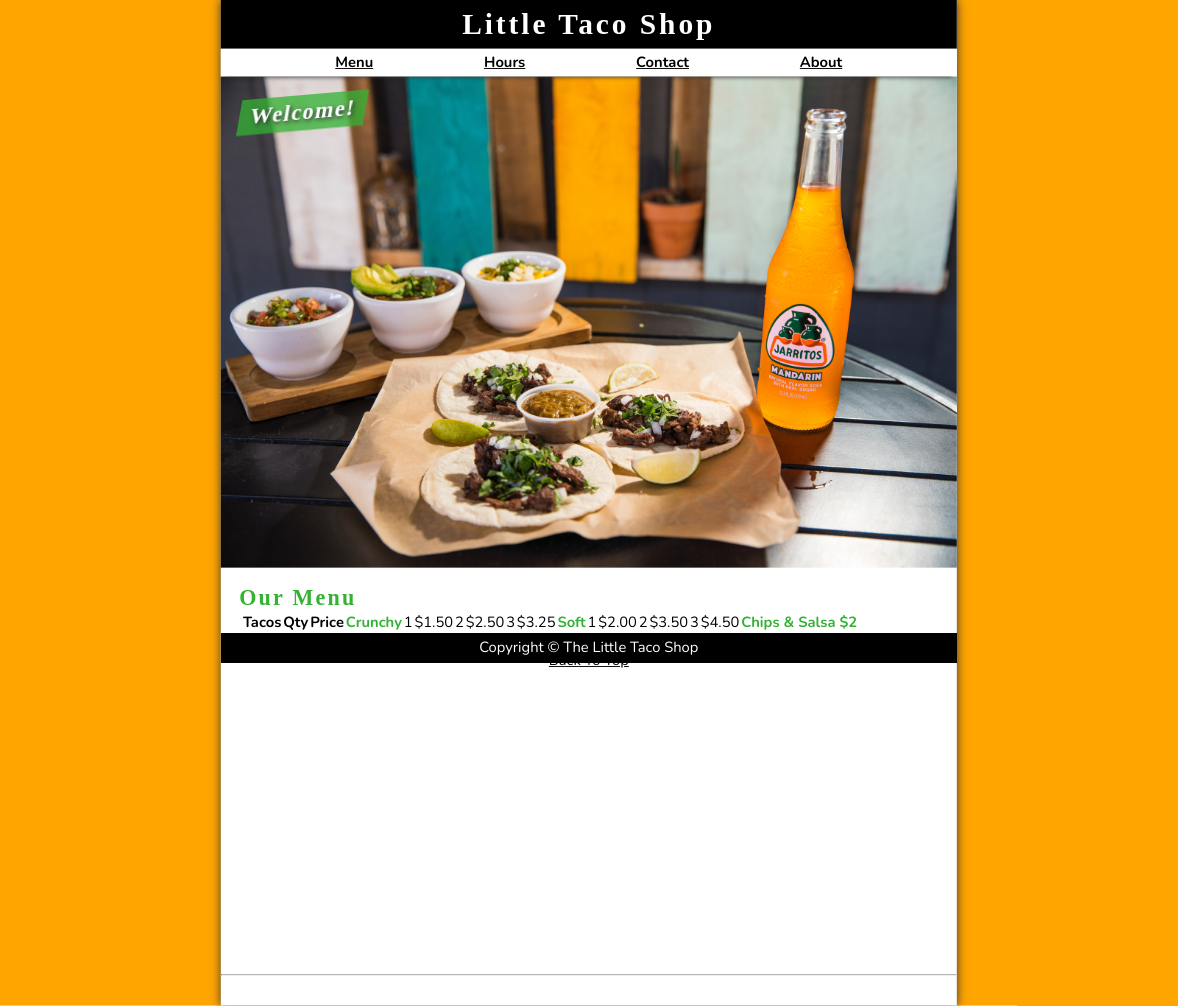
Repository: nabieusuma/Little-taco-shop
Page: index.html
An editor plug-in stored every save of this project. The page is shown before and after the next save, followed by the edit.
The browser window is 1280 px wide. The pictures show the whole page, at 92% of full size.
Some web fonts or font styles are not loaded; a fallback is used.

Above is the page before, as saved 2026-05-07 17:14:40.

After the next save:
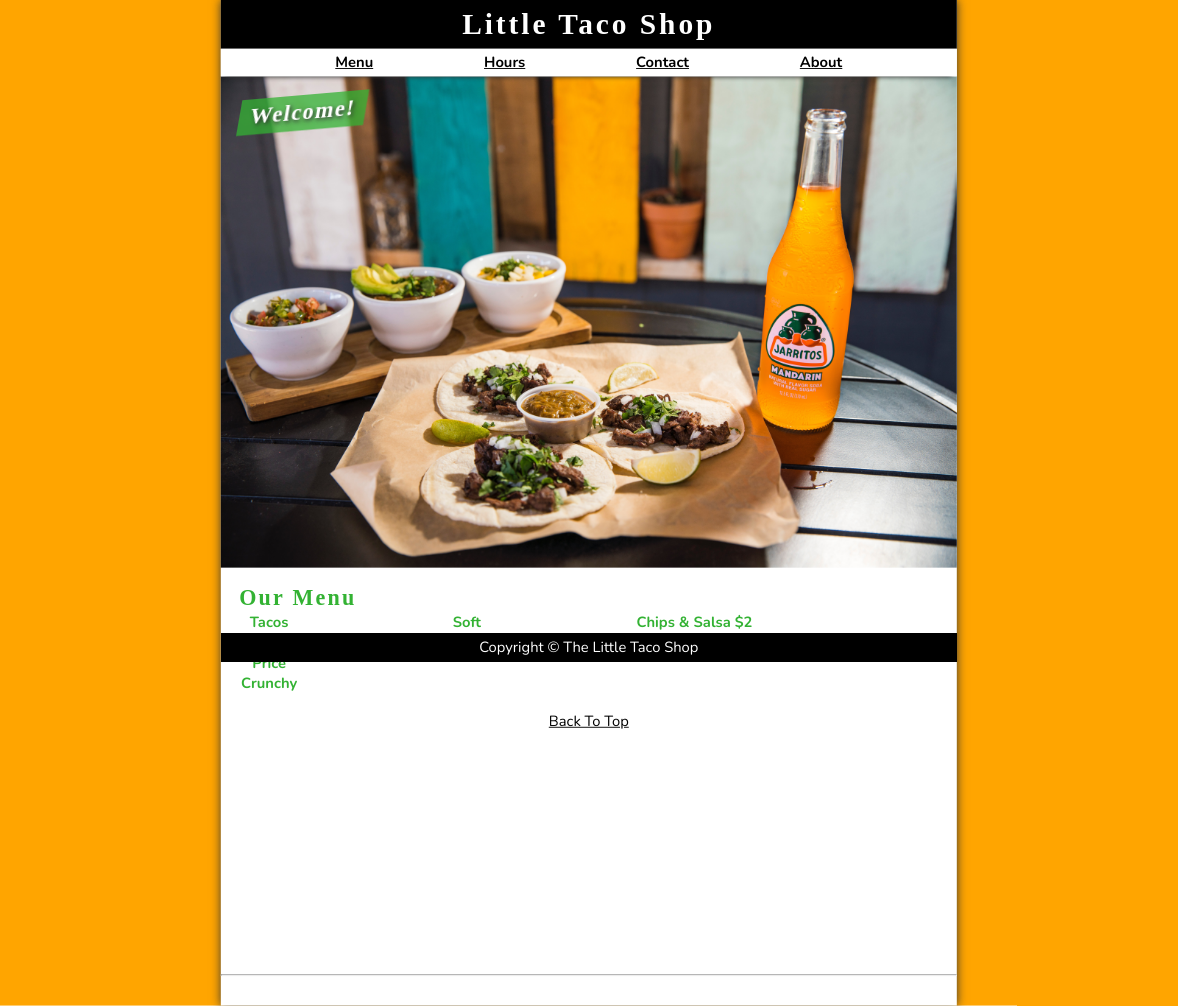
Saved 7 s later.
--- a/style.css
+++ b/style.css
@@ -296,7 +296,7 @@
 
 .menu__cr,
 .menu__sf,
-.menu__cs, .menu__heaader {
+.menu__cs, .menu__header {
   color: var(--HEIGHLIGHT-COLOR);
   font-weight: bold;
   height: 100%;
